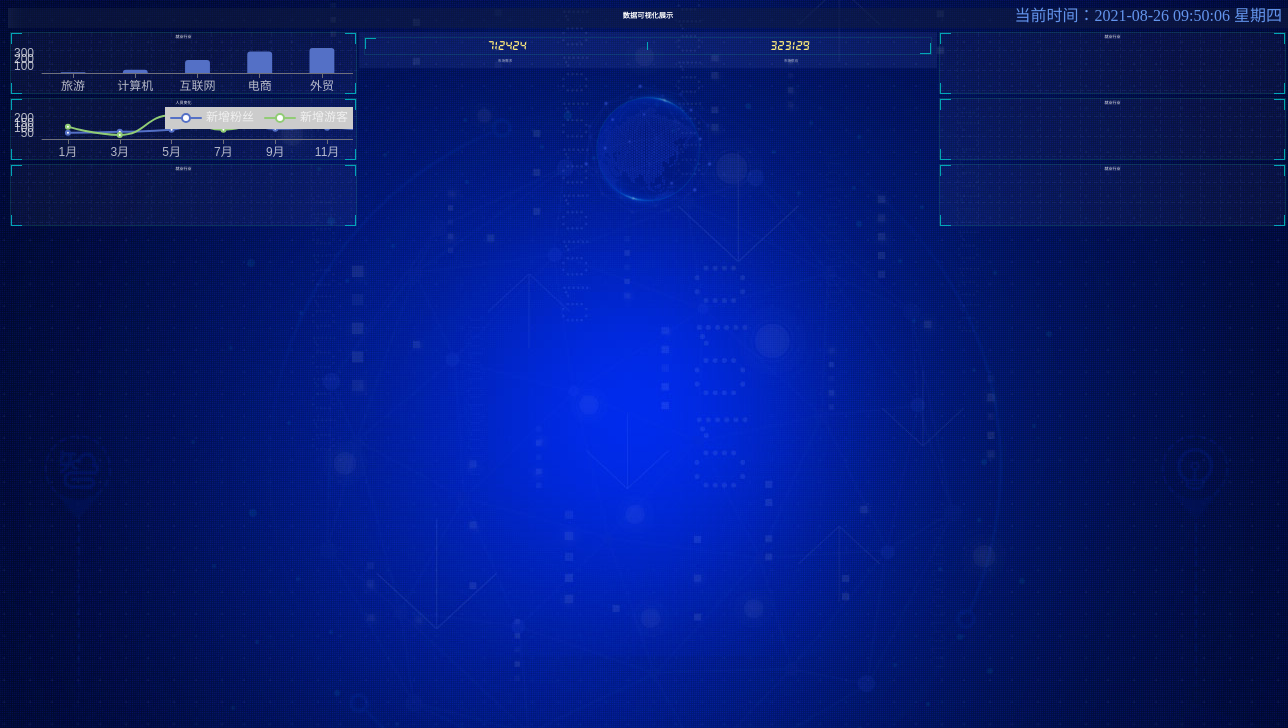
Repository: jiang-1990/DataVM
Page: /
The author's editor kept a copy of each file at every save. The page is drawn from the files as they stood at one save, then again after the next save.
The browser window is 1280 px wide. The page is 1288 px wide, so the pictures cover 1288 px, including what lies to the right of the window. The pictures show the whole page.
The project was rebuilt for these pictures with package versions that can differ from the ones it lists, and the page was loaded fresh each time.

Above is the page before, as saved 2021-08-27 14:11:17.

### index.html
<!DOCTYPE html>
<html>
  <head>
    <meta charset="utf-8">
    <meta name="viewport" content="width=device-width,initial-scale=1.0">
    <title>mydatam</title>
  </head>
  <body>
    <div id="app"></div>
    <!-- built files will be auto injected -->
  </body>
</html>

### src/main.js
// The Vue build version to load with the `import` command
// (runtime-only or standalone) has been set in webpack.base.conf with an alias.
import Vue from 'vue'
import App from './App'
import router from './router'
import 'lib-flexible/flexible.js'
//声明字体
import './font/font.css'

Vue.config.productionTip = false

/* eslint-disable no-new */
new Vue({
  el: '#app',
  router,
  components: { App },
  template: '<App/>'
})

### src/App.vue
<template>
  <div id="app">
    <router-view/>
  </div>
</template>

<script>
export default {
  name: 'App'
}
</script>

<style>
body{
  background-image: url('assets/bg.jpg') ;
  background-Repeat : 'no-repeat';
  background-Size : '100% 100%';
  background-position: center;/* 背景图随屏幕尺寸变化 背景图两边隐藏 图片不压缩 */
}
html,body {
  width: 100%;
  height: 100%;
}

</style>

### src/router/index.js
import Vue from 'vue'
import Router from 'vue-router'
import bigScreen from '@/components/bigScreen'

Vue.use(Router)

export default new Router({
  routes: [
    {
      path: '/',
      name: 'bigScreen',
      component: bigScreen
    }
  ]
})

### src/font/font.css
 /* 声明字体 */
@font-face {
    font-family: 'electronicFont';
    src: url(./DS-DIGIT.ttf);
}

### src/components/bigScreen.vue
<template>
  <div>
    <div class="top">
      <h1>数据可视化展示</h1>
      <span class="time">当前时间：{{ date | dateFormat }}</span>
    </div>
    <div class="mainBox">
      <div class="culonm">
        <div class="panl bar">
          <h2>就业行业</h2>
          <div class="chart" id="bar_l"></div>
          <div class="zhuanjiao"></div>
        </div>

        <div class="panl line">
          <h2>人员变化</h2>
          <div class="chart" id="line_l"></div>
          <div class="zhuanjiao"></div>
        </div>

        <div class="panl pie">
          <h2>就业行业</h2>
          <div class="chart"></div>
          <div class="zhuanjiao"></div>
        </div>
      </div>
      <div class="culonm">
        <div class="num">
          <div class="num-hd">
            <ul>
              <li>712424</li>
              <li>323129</li>
            </ul>
          </div>
          <div class="num-bd">
            <ul>
              <li>市场需求</li>
              <li>市场供应</li>
            </ul>
          </div>
        </div>
        <div class="map">
          <div class="map1"></div>
          <div class="map2"></div>
          <div class="map3"></div>
          <div class="chart"></div>
        </div>
      </div>
      <div class="culonm">
        <div class="panl bar">
          <h2>就业行业</h2>
          <div class="chart"></div>
          <div class="zhuanjiao"></div>
        </div>

        <div class="panl line">
          <h2>就业行业</h2>
          <div class="chart"></div>
          <div class="zhuanjiao"></div>
        </div>

        <div class="panl pie">
          <h2>就业行业</h2>
          <div class="chart"></div>
          <div class="zhuanjiao"></div>
        </div>
      </div>
    </div>
    <!-- <div id="myChart" style="width:1920px; height: 400px;"></div> -->
  </div>
</template>

<script>
// 引入echarts
var echarts = require("echarts");
export default {
  data() {
    return {
      date: new Date(), //当前日期
    };
  },
  // 定义一个局部的过滤器，格式化当前时间
  filters: {
    dateFormat: (dateTime) => {
      var now = new Date(dateTime);
      var y = now.getFullYear();
      var m = (now.getMonth() + 1).toString().padStart(2, "0");
      var d = now.getDate().toString().padStart(2, "0");
      var hh = now.getHours().toString().padStart(2, "0");
      var mm = now.getMinutes().toString().padStart(2, "0");
      var ss = now.getSeconds().toString().padStart(2, "0");
      let week = now.getDay(); // 星期
      let weekArr = [
        "星期日",
        "星期一",
        "星期二",
        "星期三",
        "星期四",
        "星期五",
        "星期六",
      ];
      // 过滤器中要有返回值
      return `${y}-${m}-${d} ${hh}:${mm}:${ss} ${weekArr[week]}`;
    },
  },
  mounted() {
    this.createchartLine_l();
    this.createchartBar_l();
    var _this = this;
    this.timer = setInterval(() => {
      _this.date = new Date(); // 修改日期数据
    }, 1000);
  },
  created() {},
  methods: {
    createchartBar_l() {
      var myChart = echarts.init(document.getElementById("bar_l"));
      var option;
      option = {
        tooltip: {
          trigger: "axis",
          axisPointer: {
            // 坐标轴指示器，坐标轴触发有效
            type: "shadow", // 默认为直线，可选为：'line' | 'shadow'
          },
          backgroundColor: "rgba(0,21,49, 0.7)", //通过设置rgba调节背景颜色与透明度
          borderWidth: 0,
          textStyle: {
            color: "#fff",
          },
        },
        grid: {
          left: "0%",
          right: "0%",
          bottom: "0%",
          top: "12%",
          containLabel: true,
        },

        xAxis: [
          {
            type: "category",
            data: ["旅游", "计算机", "互联网", "电商", "外贸"],
            axisTick: {
              alignWithLabel: true,
            },
            splitLine: {
              show: false,
            },
            axisLabel: {
              color: "rgba(255,255,255, 0.7)",
            },
          },
        ],
        yAxis: [
          {
            type: "value",
            splitLine: {
              show: false,
            },
            axisLabel: {
              color: "rgba(255,255,255, 0.7)",
            },
          },
        ],
        series: [
          {
            name: "直接访问",
            type: "bar",
            barWidth: "40%",
            data: [10, 52, 200, 334, 390],
            itemStyle: {
              borderRadius: [3, 3, 0, 0],
            },
          },
        ],
      };
      myChart.setOption(option);
    },
    createchartLine_l() {
      var myChart = echarts.init(document.getElementById("line_l"));
      console.log(myChart);
      var option = {
        tooltip: {
          trigger: "axis",
          backgroundColor: "rgba(0,21,49, 0.7)", //通过设置rgba调节背景颜色与透明度
          borderWidth: 0,
          textStyle: {
            color: "#fff",
          },
        },
        legend: {
          data: ["新增粉丝", "新增游客"],
          right: 0,
          itemStyle: {
            borderWidth: 0,
          },
          itemWidth: 30,
          itemHeight: 10,
          lineStyle: {
            cap: "round",
          },
          backgroundColor:"#ccc",
          textStyle: {
            color: "rgba(255,255,255, 0.7)",
            fontSize: "12",
          },
        },
        grid: {
          left: "0%",
          right: "0%",
          bottom: "0%",
          top: "12%",
          containLabel: true,
        },

        xAxis: [
          {
            type: "category",
            data: ["1月", "3月", "5月", "7月", "9月", "11月"],
            axisTick: {
              alignWithLabel: true,
            },
            splitLine: {
              show: false,
            },
            axisLabel: {
              color: "rgba(255,255,255, 0.7)",
            },
          },
        ],
        yAxis: [
          {
            type: "value",
            splitLine: {
              show: false,
            },
            axisLabel: {
              color: "rgba(255,255,255, 0.7)",
            },
          },
        ],
        series: [
          {
            name: "新增粉丝",
            type: "line",
            smooth: true,
            data: [60, 70, 90, 200, 100, 110, 60],
          },
          {
            name: "新增游客",
            type: "line",
            smooth: true,
            data: [120, 40, 230, 90, 180, 150, 180],
          },
        ],
      };
      myChart.setOption(option);
    },
  },
};
</script>

<style scoped>
@import "../css/bigScreen.css";
</style>

### src/css/bigScreen.css
* {
  margin: 0;
  padding: 0;
  box-sizing: border-box;
}
li {
  list-style-type: none;
}
.top {
  height: 1.25rem;
  background: url(../assets/head_bg.png) no-repeat;
  box-sizing: 100% 100%;
  position: relative;
}
.top h1 {
  font-size: 0.45rem;
  line-height: 1rem;
  color: #ffffff;
  text-align: center;
}
.top .time {
  line-height: 0.9375rem;
  position: absolute;
  right: 0.375rem;
  top: 0;
  color: cornflowerblue;
}
.mainBox {
  min-width: 1024px;
  max-width: 1920px;
  margin: 0 auto;
  display: flex;
  padding: 0.25rem 0.125rem 0;
}
.mainBox .culonm {
  flex: 3;
}
.mainBox .culonm:nth-child(2) {
  flex: 5;
  margin: 0 0.125rem 0.1875rem;
}
.mainBox .panl {
  position: relative;
  height: 3.875rem;
  border: 0.0125rem solid rgba(25, 186, 139, 0.17);
  background: url(../assets/line.png) rgba(255, 255, 255, 0.03);
  padding: 0 0.1875rem 0.25rem;
  margin-bottom: 0.25rem;
}
.mainBox .panl::before {
  position: absolute;
  top: 0;
  left: 0;
  width: 10px;
  height: 10px;
  border-left: 1px solid #02a6b5;
  border-top: 1px solid #02a6b5;
  content: "";
}
.mainBox .panl::after {
  position: absolute;
  top: 0;
  right: 0;
  width: 10px;
  height: 10px;
  border-right: 1px solid #02a6b5;
  border-top: 1px solid #02a6b5;
  content: "";
}
.mainBox .panl .zhuanjiao {
  width: 100%;
  height: 10px;
  position: absolute;
  bottom: 0px;
  left: 0;
}
.mainBox .panl .zhuanjiao::before {
  position: absolute;
  top: 0;
  left: 0;
  width: 10px;
  height: 10px;
  border-left: 1px solid #02a6b5;
  border-bottom: 1px solid #02a6b5;
  content: "";
}
.mainBox .panl .zhuanjiao::after {
  position: absolute;
  top: 0;
  right: 0;
  width: 10px;
  height: 10px;
  border-right: 1px solid #02a6b5;
  border-bottom: 1px solid #02a6b5;
  content: "";
}
.mainBox .panl h2 {
  font-size: 0.25rem;
  color: #ffffff;
  line-height: 0.5rem;
  text-align: center;
  height: 0.5rem;
  font-weight: 400;
}
.mainBox .panl .chart {
  height: 3.25rem;
}
.mainBox .num {
  background: rgba(101, 132, 226, 0.1);
  padding: 0.1875rem;
}
.mainBox .num .num-hd {
  position: relative;
  margin: 0.125rem;
  border: 1px solid rgba(25, 186, 139, 0.17);
}
.mainBox .num .num-hd::before {
  position: absolute;
  top: 0;
  left: 0;
  width: 10px;
  height: 10px;
  border-left: 1px solid #02a6b5;
  border-top: 1px solid #02a6b5;
  content: "";
}
.mainBox .num .num-hd::after {
  position: absolute;
  bottom: 0;
  right: 0;
  width: 10px;
  height: 10px;
  border-right: 1px solid #02a6b5;
  border-bottom: 1px solid #02a6b5;
  content: "";
}
.mainBox .num .num-hd ul {
  display: flex;
}
.mainBox .num .num-hd ul li {
  flex: 1;
  line-height: 1rem;
  font-size: 0.875rem;
  color: #ffeb7b;
  text-align: center;
  font-family: electronicFont;
}
.mainBox .num .num-hd ul li:nth-child(1) {
  position: relative;
}
.mainBox .num .num-hd ul li:nth-child(1)::after {
  position: absolute;
  top: 25%;
  right: 0;
  height: 50%;
  border-right: 1px solid #02a6b5;
  content: "";
}
.mainBox .num .num-bd {
  position: relative;
}
.mainBox .num .num-bd ul {
  display: flex;
}
.mainBox .num .num-bd ul li {
  flex: 1;
  line-height: 0.5rem;
  font-size: 0.225rem;
  color: rgba(255, 255, 255, 0.7);
  text-align: center;
}
.mainBox .map {
  height: 10.125rem;
  position: relative;
}
.mainBox .map .map1 {
  width: 6.475rem;
  height: 6.475rem;
  position: absolute;
  top: 50%;
  left: 50%;
  transform: translate(-50%, -50%);
  background: url(../assets/map.png);
  background-size: 100% 100%;
  opacity: 0.3;
}
.mainBox .map .map2 {
  width: 8.0375rem;
  height: 8.0375rem;
  position: absolute;
  top: 50%;
  left: 50%;
  transform: translate(-50%, -50%);
  background: url(../assets/lbx.png);
  background-size: 100% 100%;
  animation: rotatel1 20s linear infinite;
  opacity: 0.6;
}
@keyframes rotatel1 {
  from {
    transform: translate(-50%, -50%) rotate(0deg);
  }
  to {
    transform: translate(-50%, -50%) rotate(360deg);
  }
}
.mainBox .map .map3 {
  width: 7.075rem;
  height: 7.075rem;
  position: absolute;
  top: 50%;
  left: 50%;
  transform: translate(-50%, -50%);
  background: url(../assets/jt.png);
  background-size: 100% 100%;
  animation: rotatel2 15s linear infinite;
  opacity: 0.6;
}
@keyframes rotatel2 {
  from {
    transform: translate(-50%, -50%) rotate(0deg);
  }
  to {
    transform: translate(-50%, -50%) rotate(-360deg);
  }
}
.mainBox .map .chart {
  height: 10.125rem;
}

After the next save:
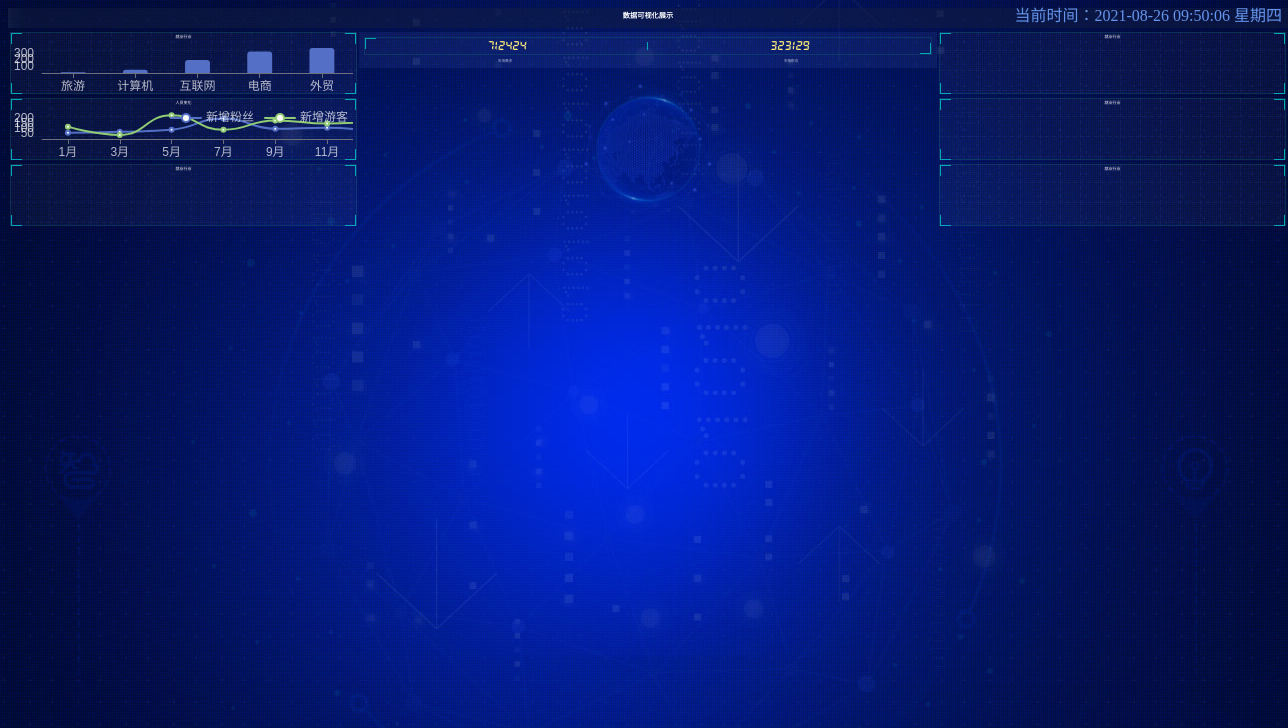
Saved 26 min 56 s later.
--- a/src/components/bigScreen.vue
+++ b/src/components/bigScreen.vue
@@ -200,7 +200,7 @@ export default {
           lineStyle: {
             cap: "round",
           },
-          backgroundColor:"#ccc",
+
           textStyle: {
             color: "rgba(255,255,255, 0.7)",
             fontSize: "12",
